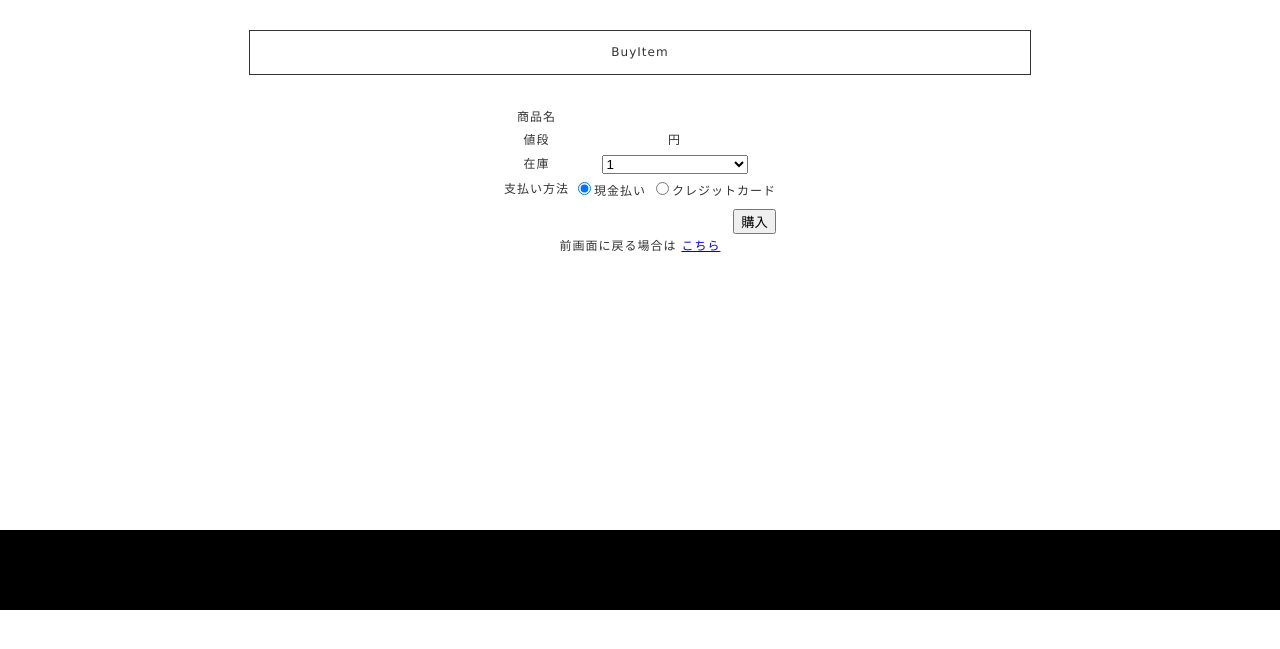
Repository: NoriakiYasumura/test01
Page: http://localhost/template/buyItem.jsp
These files come from the project's save history. The page is drawn as it stood at one moment and after the next save; the edit follows.
The browser window is 1280 px wide. The pictures show the whole page.
The page is served by Tomcat 9. Other server files are loaded and not shown.

Above is the page before, as saved 2019-04-05 06:16:30.

### template/WebContent/buyItem.jsp
<%@ page language="java" contentType="text/html; charset=UTF-8"
    pageEncoding="UTF-8"%>
<%@ taglib prefix="s" uri="/struts-tags" %>
<!DOCTYPE html>
<html>
	<head>
		<meta http-equiv="Content-Type" content="text/html; charset=UTF-8"/>
		<meta http-equiv="Content-Style-Type" content="text/css"/>
		<meta http-equiv="Content-Script-Type" content="text/javasscript"/>
		<meta http-equiv="imagetoolbar" content="no"/>
		<meta name="description" content="""/>
		<meta name="keywords" content=""/>
		<title>buyItem画面</title>

		<style type="text/css">
			/* TAG LAYOUT */
			body{
				margin:0;
				padding:0;
				line-height:1.6;
				letter-spacing:1px;
				font-family:Verdana,Helvetica,sans-serif;
				font-size:12px;
				color:#333;
				background:#fff;
			}
			table{
			text-align:center;
			margin:0 auto;
			}

			/* ID LAYOUT */
			#top{
				width:780px;
				margin:30px auto;
				border:1px solid #333;
			}

			#main{
				width:100%;
				height:500px;
				text-align:center;
			}

			#footer{
				width:100%;
				height:80px;
				background-color:black;
				clear:both;
			}
		</style>
	</head>
	<body>
		<div id="header">
			<div id="pr"></div>
		</div>

		<div id="main">
			<div id="top">
				<p>BuyItem</p>
			</div>
			<div>
				<s:form action="BuyItemAction">
					<table>
						<tr>
							<td>
								<span>商品名</span>
							</td>
							<td>
								<s:property value="session.buyItem_name"/>
							</td>
						</tr>
						<tr>
							<td>
								<span>値段</span>
							</td>
							<td>
								<s:property value="session.buyItem_price"/>
								<span>円</span>
							</td>
						</tr>
						<tr>
							<td>
								<span>在庫</span>
							</td>
							<td>
								<select name="stock">
									<option value="1" >1</option>
									<option value="2">2</option>
									<option value="3">3</option>
									<option value="4">4</option>
									<option value="5">5selected="selected"</option>
								</select>
							</td>
						</tr>
						<tr>
							<td>
								<span>支払い方法</span>
							</td>
							<td>
								<input type="radio" name="pay" value="1" checked="checked">現金払い
								<input type="radio" name="pay" value="2" >クレジットカード
							</td>
						</tr>
						<tr>
							<td>
								<s:submit value="購入"/>
							</td>
						</tr>
					</table>
				</s:form>
				<div>
					<span>前画面に戻る場合は</span>
					<a href='<s:url action="HomeAction"/>'>こちら</a>
				</div>
			</div>
		</div>

		<div id="footer">
			<div id="pr"></div>
		</div>
	</body>
</html>

After the next save:
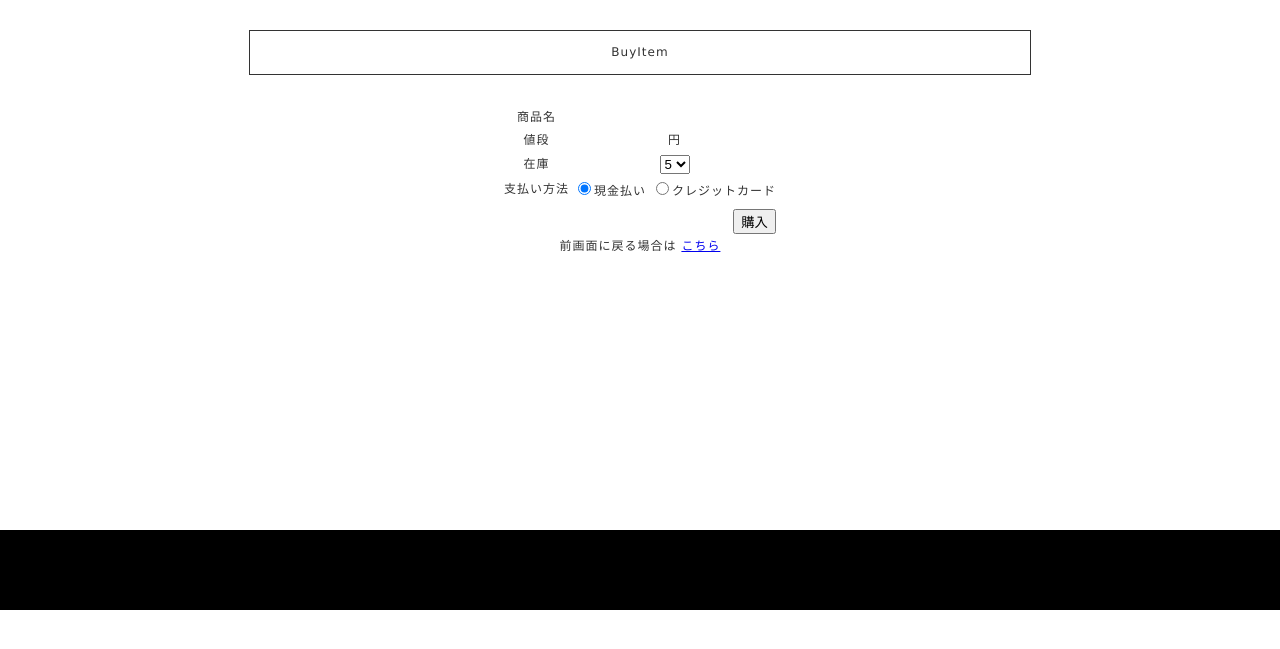
Saved 32 s later.
--- a/template/WebContent/buyItem.jsp
+++ b/template/WebContent/buyItem.jsp
@@ -89,7 +89,7 @@
 									<option value="2">2</option>
 									<option value="3">3</option>
 									<option value="4">4</option>
-									<option value="5">5selected="selected"</option>
+									<option value="5" selected="selected">5</option>
 								</select>
 							</td>
 						</tr>
